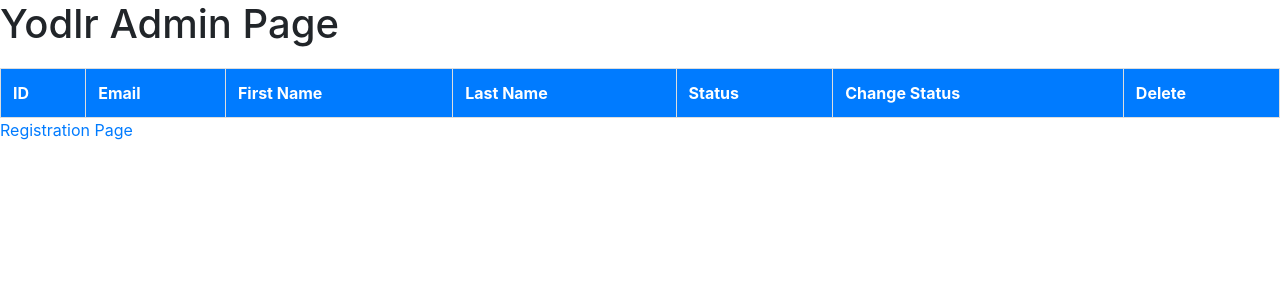
Repository: rmdayberry/yodlr-take-home
Page: public/admin.html
These files come from the project's save history. The page is drawn as it stood at one moment and after the next save; the edit follows.
The browser window is 1280 px wide. The pictures show the whole page.
The page's requests for data from a server got no answer.

Above is the page before, as saved 2024-10-08 20:44:38.
Console error: TypeError: Cannot read properties of undefined (reading 'message')

### public/admin.html
<!DOCTYPE html>
<html>
  <head>
    <meta charset="utf-8" />
    <title>Yodlr Admin Page</title>
    <link
      rel="stylesheet"
      href="https://stackpath.bootstrapcdn.com/bootstrap/4.5.2/css/bootstrap.min.css"
    />
    <link rel="stylesheet" href="css/admin.css" />
    <script src="https://code.jquery.com/jquery-3.6.0.min.js"></script>
    <script>
      $(document).ready(function () {
        function loadUsers() {
          $.ajax({
            type: "GET",
            url: "http://localhost:3000/users",
            success: function (users) {
              var tableBody = $("#userTable tbody");
              tableBody.empty(); // clear the table before adding new rows

              users.forEach(function (user) {
                var statusButtons =
                  user.status === "active"
                    ? `<button class="set-pending" data-id="${user.id}">Set as Pending</button>`
                    : `<button class="set-active" data-id="${user.id}">Set as Active</button>`;

                tableBody.append(
                  `<tr>
                      <td>${user.id}</td>
                      <td>${user.email}</td>
                      <td>${user.firstName}</td>
                      <td>${user.lastName}</td>
                      <td>${user.status}</td>
                      <td>${statusButtons}
                      </td>
                      <td><button class="delete" data-id="${user.id}">Delete</button></td>
                      </tr>`
                );
              });
            },
            error: function (err) {
              alert("Error fetching users: " + err.responseJSON.message);
            },
          });
        }

        loadUsers(); //loads users on page load

        // Handle set as pending button click
        $("#userTable").on("click", ".set-pending", function () {
          var userId = $(this).data("id");
          $.ajax({
            type: "PUT",
            url: `http://localhost:3000/users/${userId}`,
            data: JSON.stringify({ id: userId, status: "pending" }), // Change status to 'pending'
            contentType: "application/json",
            success: function () {
              alert("User status updated to pending");
              loadUsers(); // Reload users after status change
            },
            error: function (err) {
              alert("Error updating user status: " + err.responseJSON.message);
            },
          });
        });

        // Handle set as active button click
        $("#userTable").on("click", ".set-active", function () {
          var userId = $(this).data("id");
          $.ajax({
            type: "PUT",
            url: `http://localhost:3000/users/${userId}`,
            data: JSON.stringify({ id: userId, status: "active" }), // Change status to 'active'
            contentType: "application/json",
            success: function () {
              alert("User status updated to active");
              loadUsers(); // Reload users after status change
            },
            error: function (err) {
              alert("Error updating user status: " + err.responseJSON.message);
            },
          });
        });

        //Handle delete button click
        $("#userTable").on("click", ".delete", function () {
          var userId = $(this).data("id");
          $.ajax({
            type: "DELETE",
            url: `http://localhost:3000/users/${userId}`,
            success: function () {
              alert("User was deleted");
              loadUsers(); // reloads users after deletion was made
            },
            error: function (err) {
              alert("Error deleting user: " + err.responseJSON.message);
            },
          });
        });
      });
    </script>
  </head>
  <body>
    <h1>Yodlr Admin Page</h1>
    <table id="userTable">
      <thead>
        <tr>
          <th>ID</th>
          <th>Email</th>
          <th>First Name</th>
          <th>Last Name</th>
          <th>Status</th>
          <th>Change Status</th>
          <th>Delete</th>
        </tr>
      </thead>
      <tbody></tbody>
    </table>
    <p>
      <a href="signup.html">Registration Page</a>
    </p>
  </body>
</html>

### public/css/admin.css
table {
  width: 100%;
  border-collapse: collapse;
  margin-top: 20px;
}
table,
th,
td {
  border: 1px solid #ddd;
}
th,
td {
  padding: 12px;
  text-align: left;
}
th {
  background-color: #007bff;
  color: white;
}

tr:nth-child(even) {
  background-color: #f2f2f2;
}
tr:nth-child(odd) {
  background-color: white;
}
tr:hover {
  background-color: #f1f1f1;
}

@media (max-width: 768px) {
  table {
    display: block;
    overflow-x: auto;
    white-space: nowrap;
  }
}

.btn-custom {
  margin-right: 5px;
  padding: 8px 12px;
}

.btn-custom {
  transition: background-color 0.3s ease;
}
.btn-custom:hover {
  opacity: 0.8;
}

After the next save:
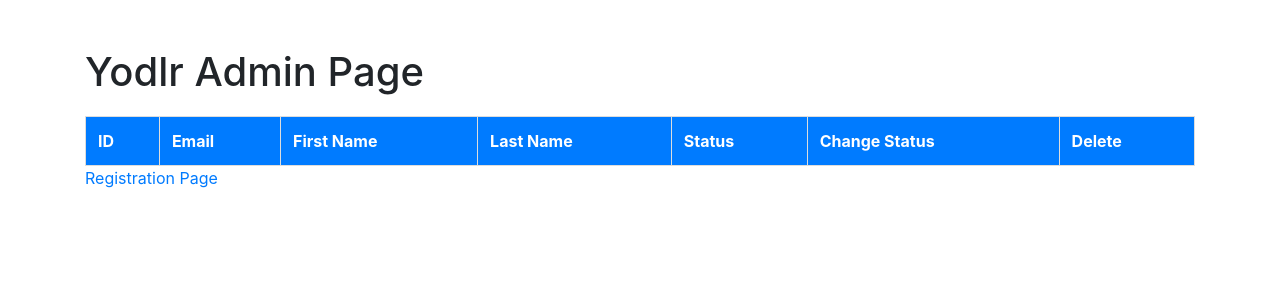
Saved 2 min 27 s later.
--- a/public/admin.html
+++ b/public/admin.html
@@ -102,23 +102,25 @@
     </script>
   </head>
   <body>
-    <h1>Yodlr Admin Page</h1>
-    <table id="userTable">
-      <thead>
-        <tr>
-          <th>ID</th>
-          <th>Email</th>
-          <th>First Name</th>
-          <th>Last Name</th>
-          <th>Status</th>
-          <th>Change Status</th>
-          <th>Delete</th>
-        </tr>
-      </thead>
-      <tbody></tbody>
-    </table>
-    <p>
-      <a href="signup.html">Registration Page</a>
-    </p>
+    <div class="container mt-5">
+      <h1>Yodlr Admin Page</h1>
+      <table id="userTable">
+        <thead>
+          <tr>
+            <th>ID</th>
+            <th>Email</th>
+            <th>First Name</th>
+            <th>Last Name</th>
+            <th>Status</th>
+            <th>Change Status</th>
+            <th>Delete</th>
+          </tr>
+        </thead>
+        <tbody></tbody>
+      </table>
+      <p>
+        <a href="signup.html">Registration Page</a>
+      </p>
+    </div>
   </body>
 </html>
